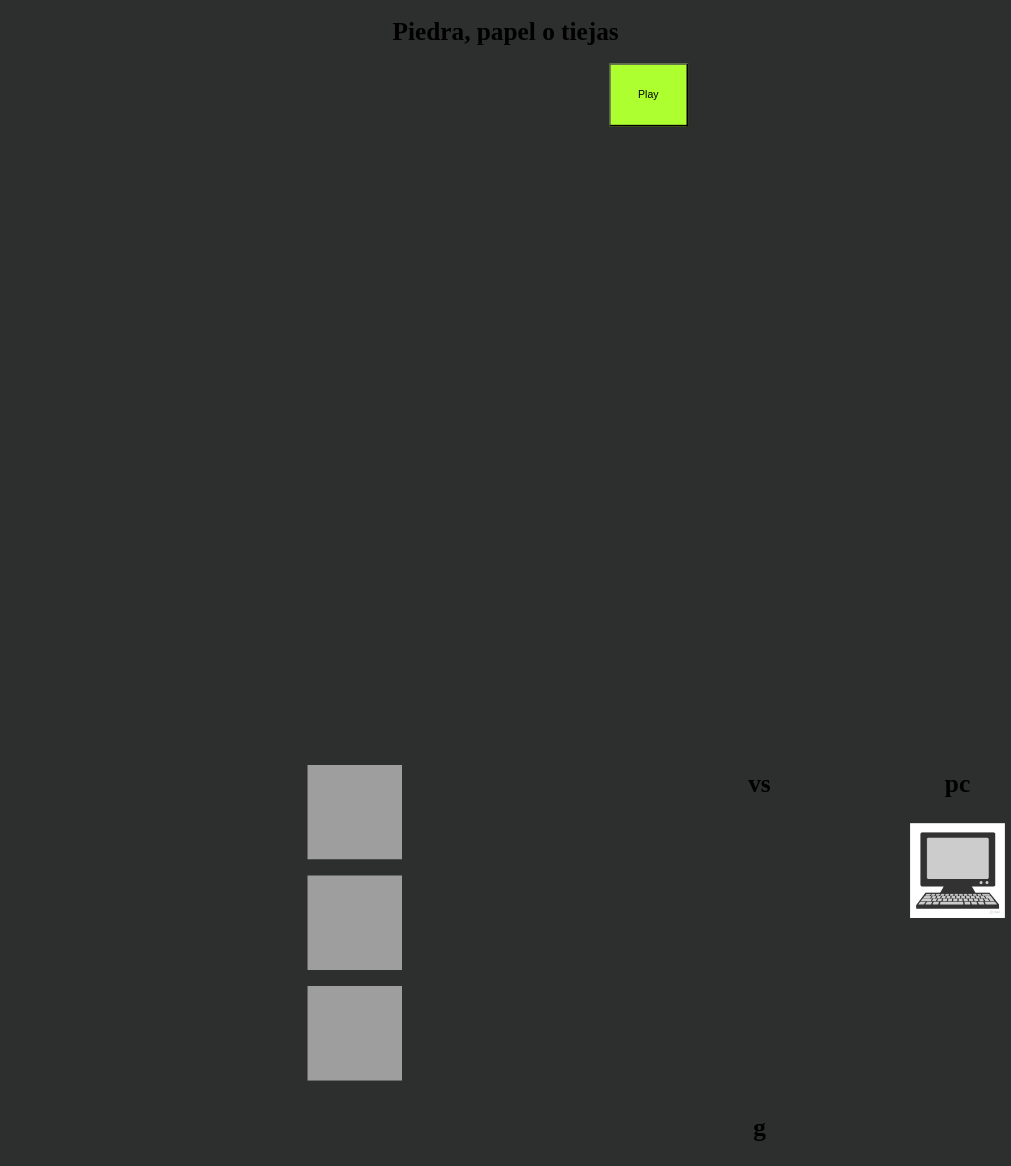
Repository: Kevin8548/FundamentosJS
Page: scissors.html
These files come from the project's save history. The page is drawn as it stood at one moment and after the next save; the edit follows.
The browser window is 1280 px wide. The pictures show the whole page, at 79% of full size.
Pictures or frames that could not be fetched are drawn as grey boxes.

Above is the page before, as saved 2024-09-23 05:46:22.
Console error: SyntaxError: Unexpected token ';'

After the next save:
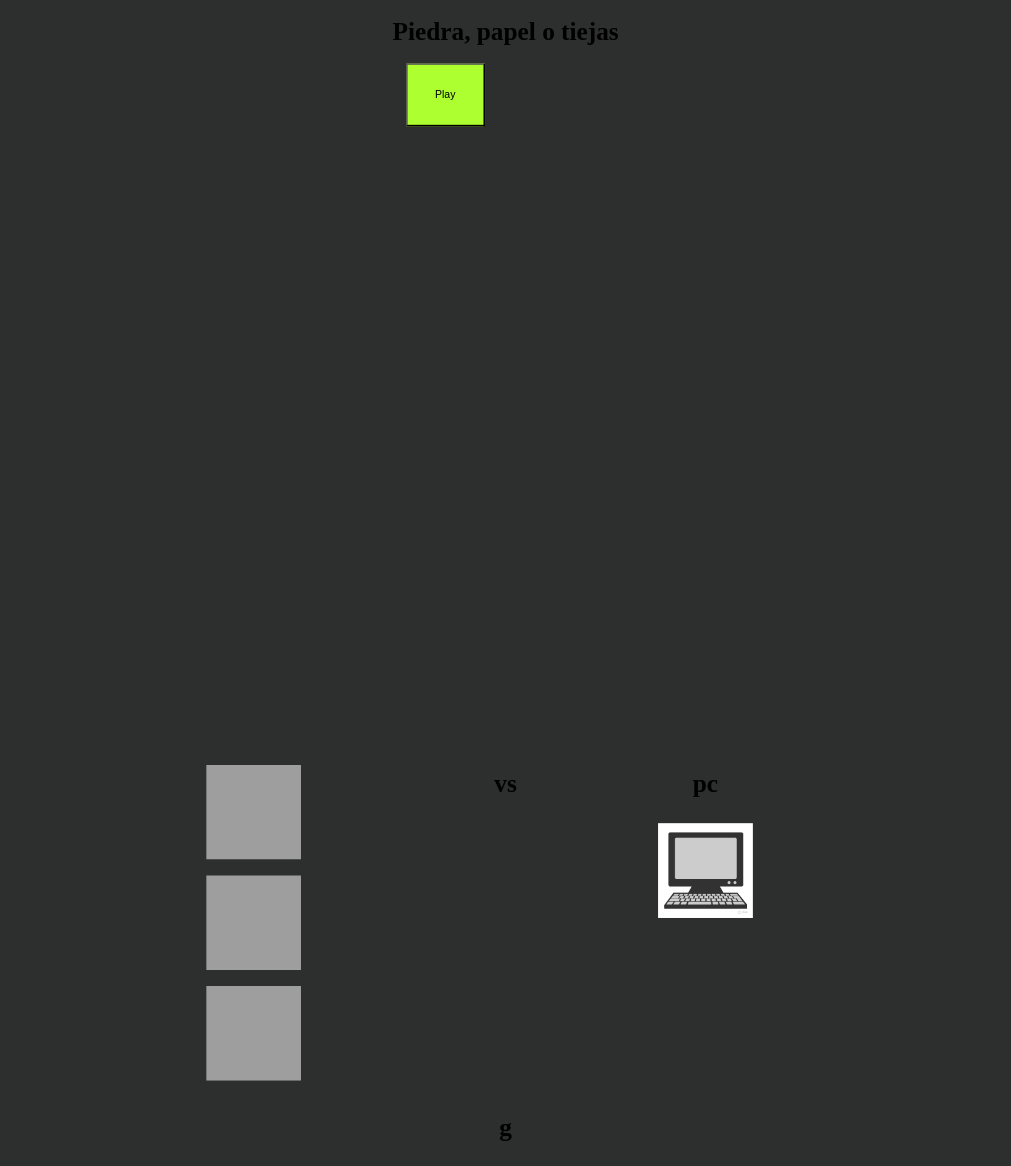
Saved 9 s later.
--- a/style.css
+++ b/style.css
@@ -1,6 +1,6 @@
 .parent {
 display:grid ;
-grid-template-columns: repeat(3, 1fr);
+grid-template-columns: repeat(5, 1fr);
 grid-template-rows: repeat(3, 1fr);
 grid-column-gap: 0px;
 grid-row-gap: 0px;
